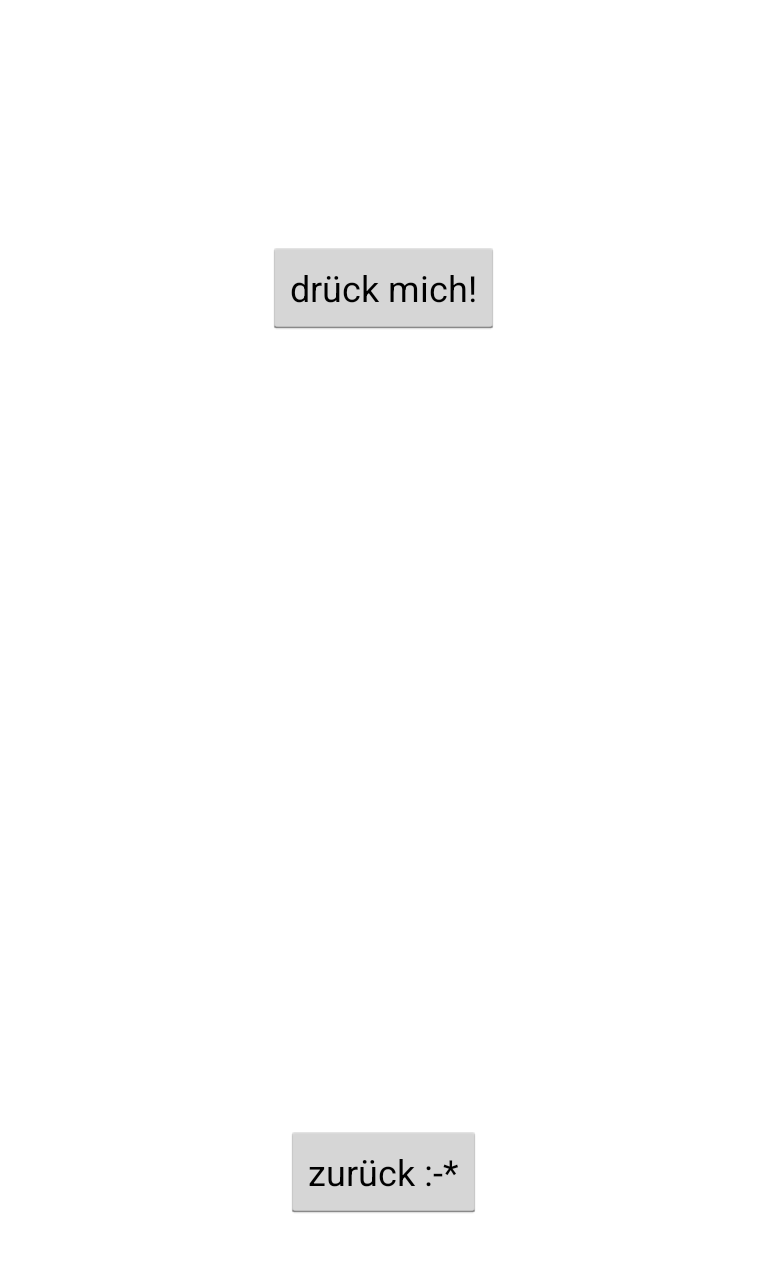
Repository: flashback2k12/ChristmasPresent
Layout: ChristmasPresent/res/layout/activity_first_coupon.xml
An editor plug-in stored every save of this project. The layout is shown before and after the next save, followed by the edit.
It is drawn on a 768 x 1280 px phone screen (xhdpi) without system bars, with theme AppTheme; the app's code is not run.

Above is the layout before, as saved 2012-12-18 18:39:31.

After the next save:
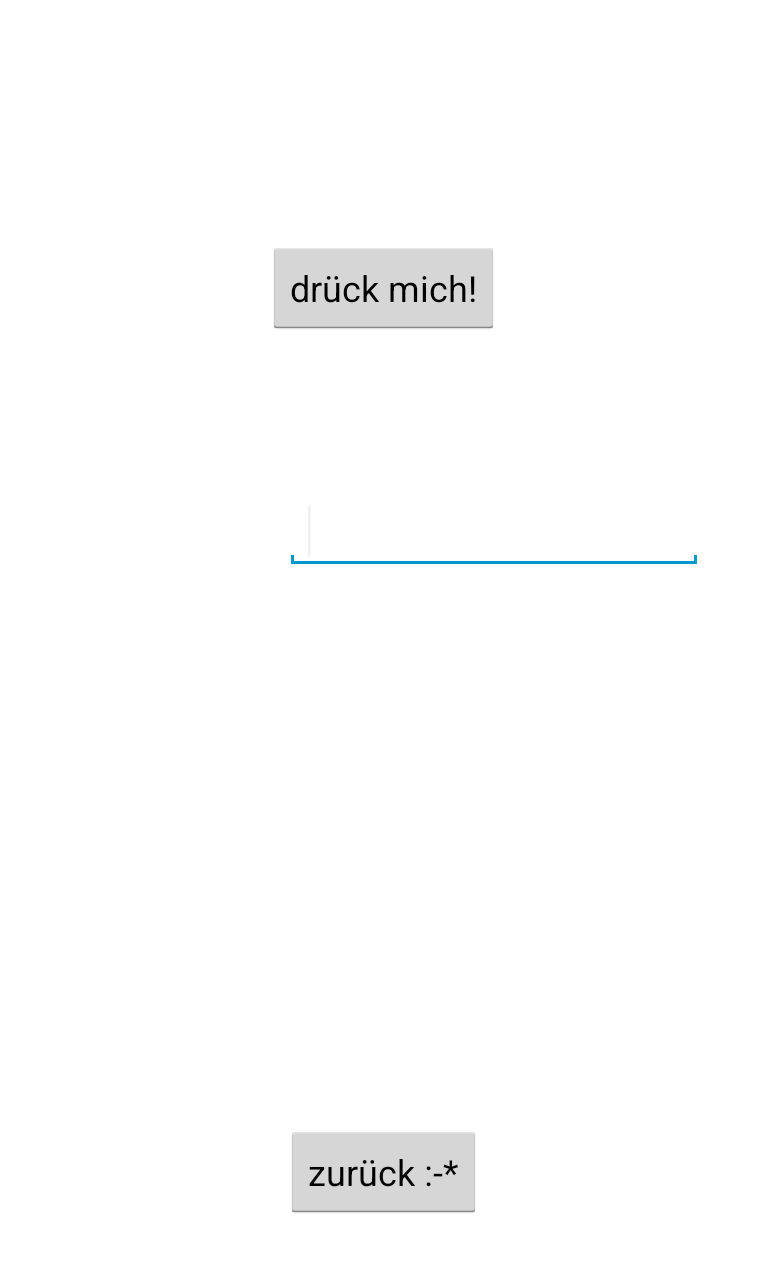
Saved 3 min 42 s later.
--- a/ChristmasPresent/res/layout/activity_first_coupon.xml
+++ b/ChristmasPresent/res/layout/activity_first_coupon.xml
@@ -23,4 +23,16 @@
         android:text="@string/button_zurueck"
         android:onClick="BtnZurueck"/>
 
+    <EditText
+        android:id="@+id/editText1"
+        android:layout_width="wrap_content"
+        android:layout_height="wrap_content"
+        android:layout_alignLeft="@+id/button1"
+        android:layout_below="@+id/button1FC"
+        android:layout_marginTop="78dp"
+        android:ems="10" android:inputType="text">
+
+        <requestFocus />
+    </EditText>
+
 </RelativeLayout>
